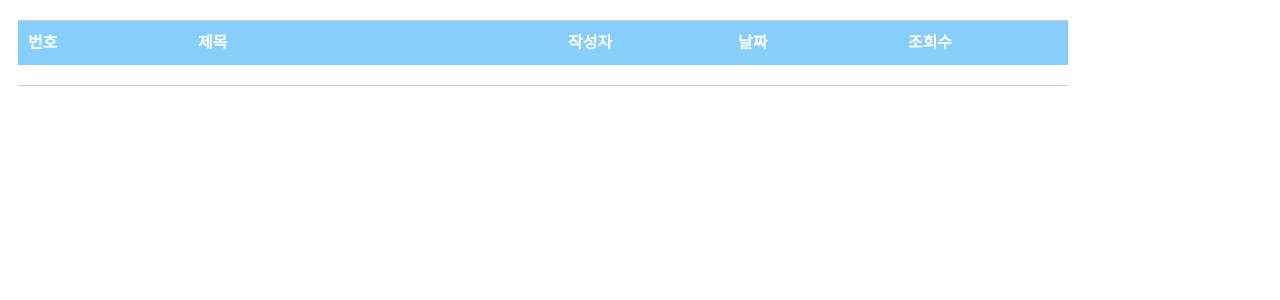
Repository: LeeHyukJe/LHJ
Page: http://localhost/mybbs/mybbs/bbs_form.jsp
An editor plug-in stored every save of this project. The page is shown before and after the next save, followed by the edit.
The browser window is 1280 px wide. The pictures show the whole page.
The page is served by Tomcat 9.

Above is the page before, as saved 2017-09-25 02:33:05.

After the next save:
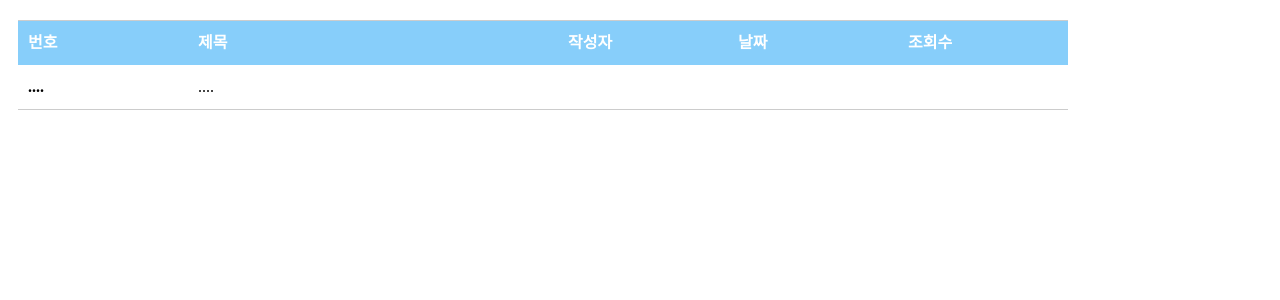
Saved 44 s later.
--- a/mybbs/WebContent/mybbs/bbs_form.jsp
+++ b/mybbs/WebContent/mybbs/bbs_form.jsp
@@ -22,8 +22,8 @@
 		<tbody>
 
 			<tr>
-				<th scope="row"></th>
-				<td></td>
+				<th scope="row">....</th>
+				<td>....</td>
 			</tr>
 
 		</tbody>
